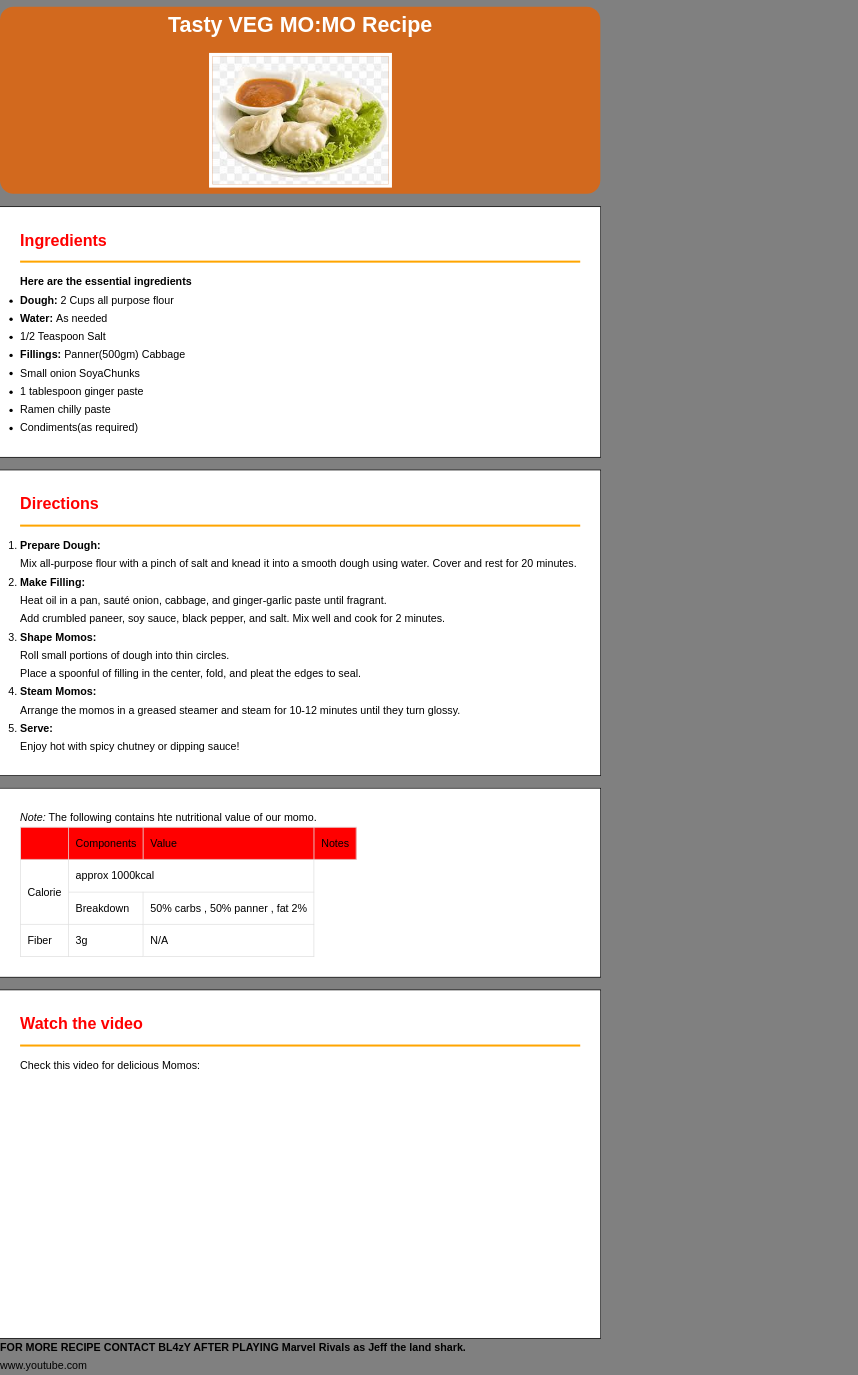
Repository: GigaByte6610/recipe
Page: index.html
An editor plug-in stored every save of this project. The page is shown before and after the next save, followed by the edit.
The browser window is 1280 px wide. The pictures show the whole page, at 67% of full size.
Pictures or frames that could not be fetched are drawn as grey boxes.

Above is the page before, as saved 2025-02-05 04:44:10.

After the next save:
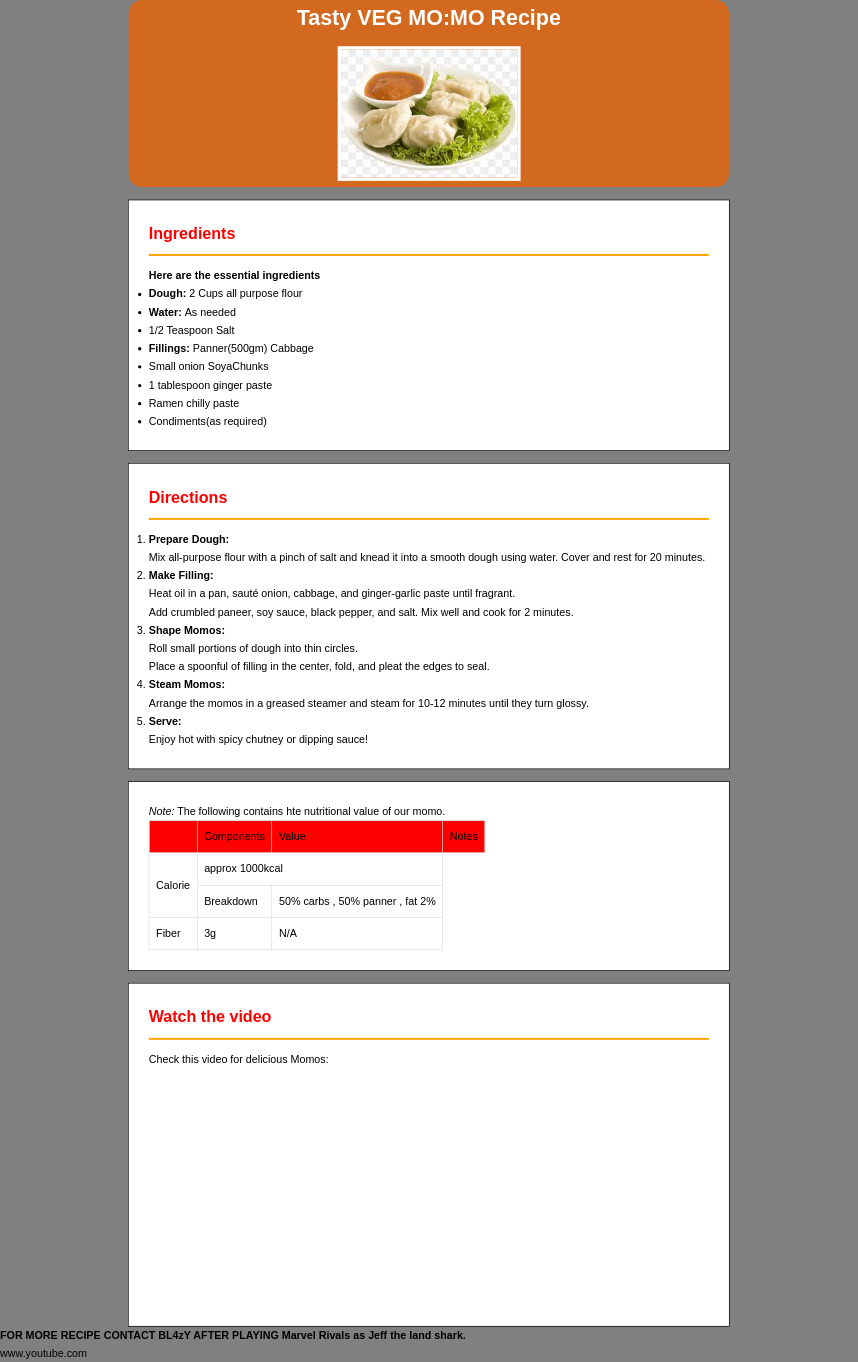
Saved 41 s later.
--- a/style.css
+++ b/style.css
@@ -31,7 +31,7 @@ header img {
 section,
 header {
     max-width: 70%;
-    /* margin: auto; */
+    margin: auto;
 }
 
 section {
@@ -66,5 +66,6 @@ th {
 }
 
 iframe {
-    margin: 20px 0;
+    margin: 20px auto;
+    display: block;
 }
